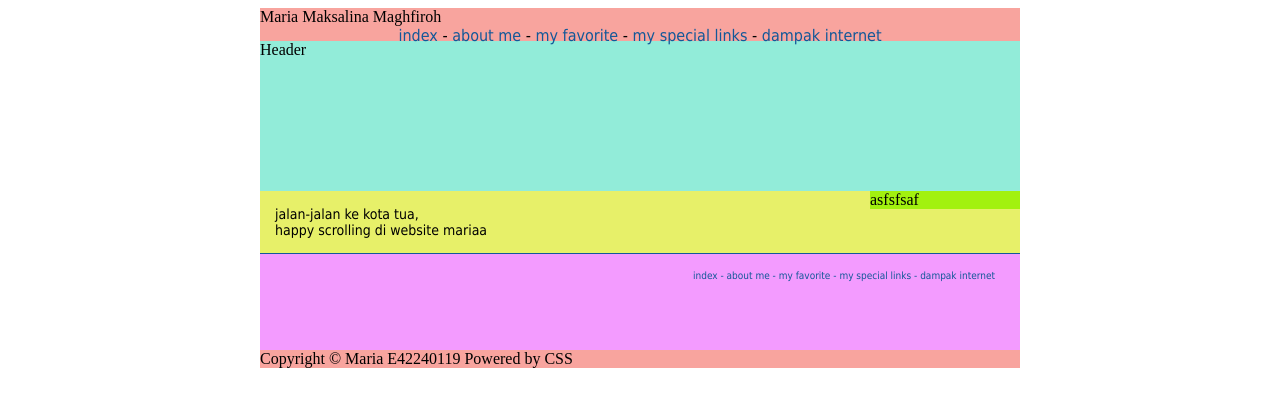
Repository: Bearli-py/latihan_bisdig
Page: index.html
An editor plug-in stored every save of this project. The page is shown before and after the next save, followed by the edit.
The browser window is 1280 px wide. The pictures show the whole page.

Above is the page before, as saved 2025-09-09 16:29:29.

### index.html
<!DOCTYPE html>
<html lang="en">
<head>
    <meta charset="UTF-8">
    <meta name="viewport" content="width=device-width, initial-scale=1.0">
    <link rel="stylesheet" href="style.css">
    <title>Judul</title>

</head>
<body>
    <div id="page-container"> Maria Maksalina Maghfiroh
        <div id="main-nav"><a href="index.html">index</a> -
            <a href="about.html">about me</a> -
            <a href="fav.html">my favorite</a> -
            <a href="links.html">my special links</a> -
            <a
            href="dampak.html">dampak internet</a></div>
        <div id="header">Header</div>
        <div id="side_bar">asfsfsaf</div>
        <div id="content">jalan-jalan ke kota tua,<br />
            happy scrolling di website mariaa</div>
        <div id="footer"><div id="altnav">
            <a href="index.html">index</a> -
            <a href="about.html">about me</a> -
            <a href="fav.html">my favorite</a> -
            <a href="links.html">my special links</a> -
            <a
            href="dampak.html">dampak internet</a>
            </div>
        </div>
            Copyright &copy; Maria E42240119 Powered by CSS</div>
            </div>

</body>
</html>

### style.css
#page-container {
    width: 760px;
    margin: auto;
    background: rgb(248, 164, 158);
    text-align: left;
}
#header {
    background: rgb(146, 236, 217);
    height: 150px;
}
#content {
    background: rgb(231, 240, 105);
}
#footer {
    background: rgb(243, 155, 255);
    height: 66px;
}
#main-nav {
    height: 15px;
    text-align:center;
    font-family: Tahoma, Arial, Helvetica, Sans-serif;
}
#main-nav a{
    color: #135899;
    text-decoration: none;
}
#main-nav a:hover{color: #db6d16;}
#footer {
    height: 70px;
    font-family: Tahoma, Arial, Helvetica, Sans-serif;
    font-size: 10px;
    color: #135899;
    border-top: 1px solid #135899;
    padding: 13px 25px;
    line-height: 18px;
}
#footer a {
    color: #135899;
    text-decoration: none;
}
#footer a:hover {
    color: #db6d16;
}
#footer #altnav {
    width: 350px;
    float: right;
    text-align: right;
}
#content {
    font-family:Tahoma, arial, helvetica, sans-serif;
    font-size:14px;
    padding: 15px 15px;
}

#side_bar{
background:#a2f10f;
float:right;
width:150px;
}

After the next save:
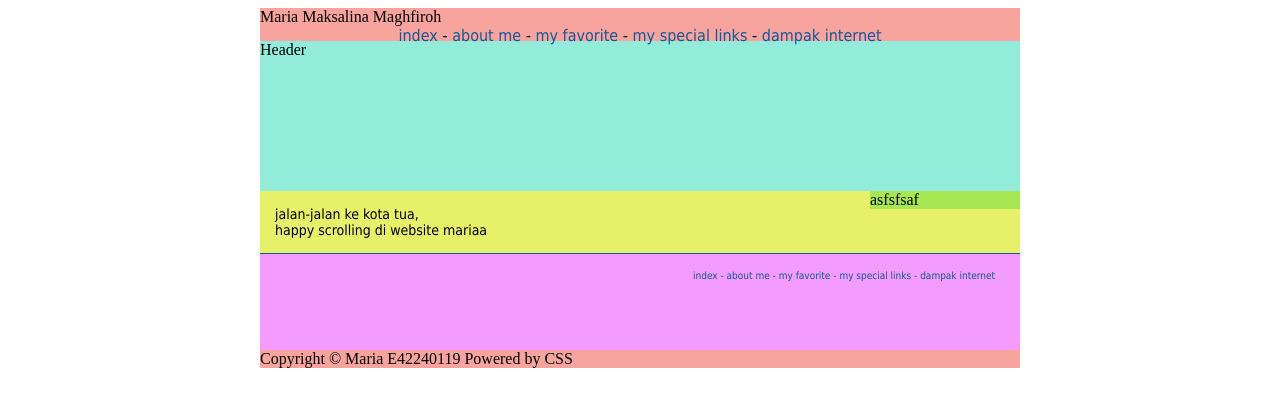
Saved 88 s later.
--- a/style.css
+++ b/style.css
@@ -53,7 +53,7 @@
 }
 
 #side_bar{
-background:#a2f10f;
+background:#a7e753;
 float:right;
 width:150px;
 }
